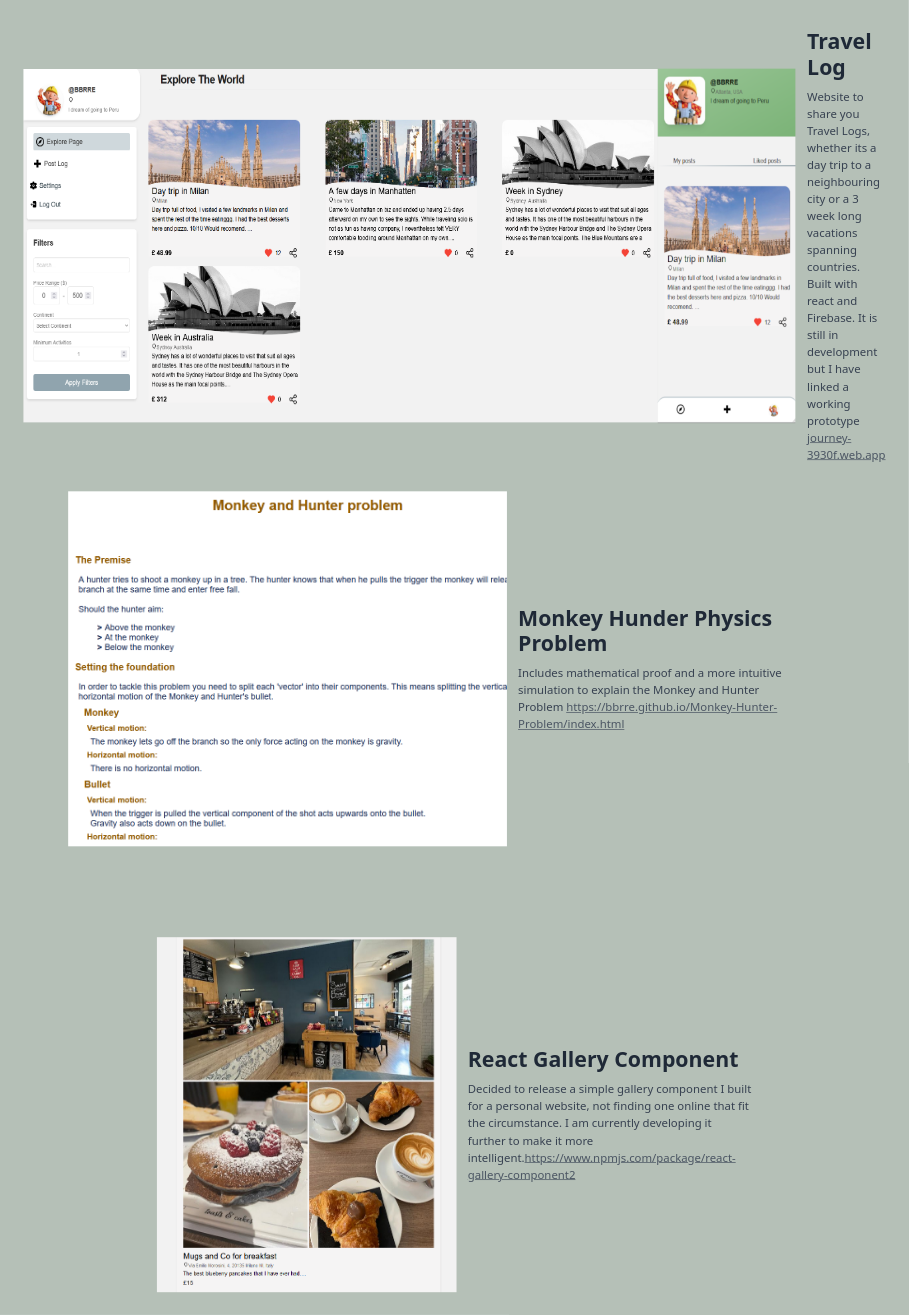
Repository: BBRRE/Portfolio-V2
Page: /#/Computer-Sci
An editor plug-in stored every save of this project. The page is shown before and after the next save, followed by the edit.
The browser window is 1280 px wide. The pictures show the whole page, at 71% of full size.
Some web fonts or font styles are not loaded; a fallback is used. The project was rebuilt for these pictures with package versions that can differ from the ones it lists, and the page was loaded fresh each time. Also part of the build but not shown: vite.config.js, src/Subjects/Archi.jsx, src/Subjects/EEng.jsx, src/Subjects/Other.jsx, src/Projects Overview.jsx, src/HomePage.jsx, src/ErrorBoundary.jsx.

Above is the page before, as saved 2024-11-26 21:23:31.

### index.html
<!doctype html>
<html lang="en">
  <head>
    <meta charset="UTF-8" />
    <link rel="icon" type="image/svg+xml" href="src\assets\letter-bb.svg" />
    <link href="https://fonts.googleapis.com/css2?family=Inconsolata&family=Italiana&family=Hubballi&family=Julius+Sans+One&display=swap" rel="stylesheet">
    <link rel="preconnect" href="https://fonts.googleapis.com" />
<link rel="preconnect" href="https://fonts.gstatic.com" crossorigin />
<link
  rel="stylesheet"
  href="https://fonts.googleapis.com/css2?family=Roboto:wght@300;400;500;700&display=swap"
/>
<link
  rel="stylesheet"
  href="https://fonts.googleapis.com/icon?family=Material+Icons"
/>

    <meta name="viewport" content="width=device-width, initial-scale=1.0" />
    <title>Bilaal Bare</title>
  </head>
  <body>
    <div id="root"></div>
    <script type="module" src="/src/main.jsx"></script>
  </body>
</html>

### src/main.jsx
import React from 'react'
import ReactDOM from 'react-dom/client'
import App from './App'
import ErrorBoundary from './ErrorBoundary'
import './index.css'

ReactDOM.createRoot(document.getElementById('root')).render(
  <React.StrictMode>
    <ErrorBoundary>
      <App />
    </ErrorBoundary>
  </React.StrictMode>
)

### src/App.jsx
import { HashRouter as Router, Routes, Route } from 'react-router-dom';
import Archi from './Subjects/Archi.jsx'
import CompSci from './Subjects/CompSci.jsx'
import EEng from './Subjects/EEng.jsx'
import Other from './Subjects/Other.jsx'
import { HomePage } from './HomePage'
import { useState, useEffect } from 'react'

function App() {
  useEffect(() => {
    console.log('App component mounted')
  }, [])

  return (
    <Router>
        <Routes>
          <Route path="/" element={<HomePage />} />
          <Route path="/Architecture" element={<Archi />} />
          <Route path="/Electronic-Eng" element={<EEng />} />
          <Route path="/Computer-Sci" element={<CompSci />} />
          <Route path="/Other" element={<Other />} />
        </Routes>
    </Router>
  )
}

export default App

### src/index.css
@tailwind base;
@tailwind components;
@tailwind utilities;

@layer utilities {
  .bg-dot-pattern {
    background-image: radial-gradient(circle, rgba(0, 0, 0, 0.2) 1px, transparent 1px);
    background-size: 50px 50px; /* Adjust the spacing here */
  }
}

### src/Subjects/CompSci.jsx
import React from 'react'
import cs from '../assets/aaaa.png'
import ph from '../assets/Monkey.png'
import tr from '../assets/tra.png'

const CompSci = () => {
  return (
    <div className='bg-[#B5C0B7] w-full h-auto min-h-screen grid grid-cols-1'>
      <div className='flex md:flex-row flex-col justify-center align-middle w-[85%] h-[500px] mx-auto mt-24'>
        <img src={cs} />
        <div className="flex flex-col ml-4 gap-3 justify-center">
          <h2 className=" text-left text-xl md:text-2xl lg:text-3xl font-semibold text-gray-800">
            Travel Log
          </h2>
        <p className="text-gray-700 text-sm md:text-base leading-relaxed max-w-[400px]">
          Website to share you Travel Logs, whether its a day trip to a neighbouring city or a 3 week long vacations spanning countries. Built with react
          and Firebase. It is still in development but I have linked a working prototype <a href="https://journey-3930f.web.app/" className='underline text-gray-600'>journey-3930f.web.app</a>
        </p>
        </div>
      </div>

      <div className='flex md:flex-row flex-col justify-center align-middle w-[85%] h-[500px] mx-auto mt-24 mb-8'>
        <img src={ph} />
        <div className="flex flex-col ml-4 gap-3 justify-center">
          <h2 className=" text-left text-xl md:text-2xl lg:text-3xl font-semibold text-gray-800">
            Monkey Hunder Physics Problem
          </h2>
        <p className="text-gray-700 text-sm md:text-base leading-relaxed max-w-[400px]">
        Includes mathematical proof and a more intuitive simulation to explain the Monkey and Hunter Problem  <a href="https://bbrre.github.io/Monkey-Hunter-Problem/index.html" className='underline text-gray-600'>https://bbrre.github.io/Monkey-Hunter-Problem/index.html</a>
        </p>
        </div>
      </div>

      <div className='flex md:flex-row flex-col justify-center align-middle w-[85%] h-[500px] mx-auto mt-24 mb-8'>
        <img src={tr} />
        <div className="flex flex-col ml-4 gap-3 justify-center">
          <h2 className=" text-left text-xl md:text-2xl lg:text-3xl font-semibold text-gray-800">
            React Gallery Component
          </h2>
        <p className="text-gray-700 text-sm md:text-base leading-relaxed max-w-[400px]">
        Decided to release a simple gallery component I built for a personal website, not finding one online that fit the circumstance. I am currently developing it further to make it more intelligent.<a href="https://www.npmjs.com/package/react-gallery-component2" className='underline text-gray-600'>https://www.npmjs.com/package/react-gallery-component2</a>
        </p>
        </div>
      </div>

    </div>
  )
}

export default CompSci

### tailwind.config.js
/** @type {import('tailwindcss').Config} */
export default {
    darkMode: ["class"],
    content: ["index.css",
  "./src/**/*.{js,ts,jsx,tsx}",],
  theme: {
  	extend: {
  		backgroundImage: {
  			noise: "url('/src/assets/nnnoise.svg')",
  			undulate: "url('/src/assets/uuundulate.svg')"
  		},
  		fontFamily: {
  			inconsolata: ['Inconsolata', 'monospace'],
  			italiana: ['Italiana', 'serif'],
  			hubballi: ['Hubballi', 'cursive'],
  			julius: ['Julius Sans One"', 'sans-serif']
  		},
      keyframes: {
        fadeIn: {
          '0%': { opacity: '0' },
          '100%': { opacity: '1' },
        },
      }
  	}
  }
}

After the next save:
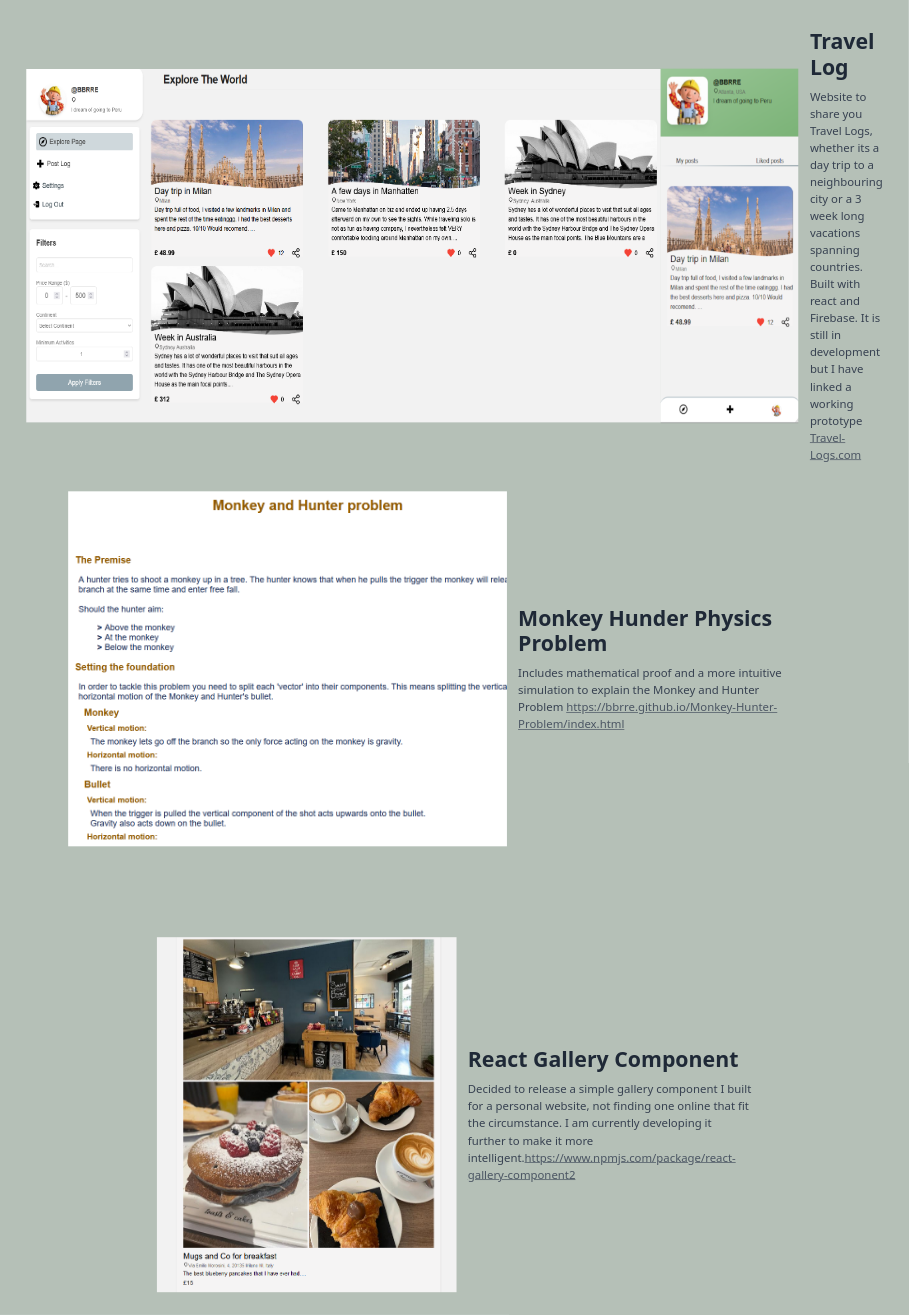
Saved 78 s later.
--- a/src/Subjects/CompSci.jsx
+++ b/src/Subjects/CompSci.jsx
@@ -14,7 +14,7 @@ const CompSci = () => {
           </h2>
         <p className="text-gray-700 text-sm md:text-base leading-relaxed max-w-[400px]">
           Website to share you Travel Logs, whether its a day trip to a neighbouring city or a 3 week long vacations spanning countries. Built with react
-          and Firebase. It is still in development but I have linked a working prototype <a href="https://journey-3930f.web.app/" className='underline text-gray-600'>journey-3930f.web.app</a>
+          and Firebase. It is still in development but I have linked a working prototype <a href="https://Travel-Logs.com/" className='underline text-gray-600'>Travel-Logs.com</a>
         </p>
         </div>
       </div>
